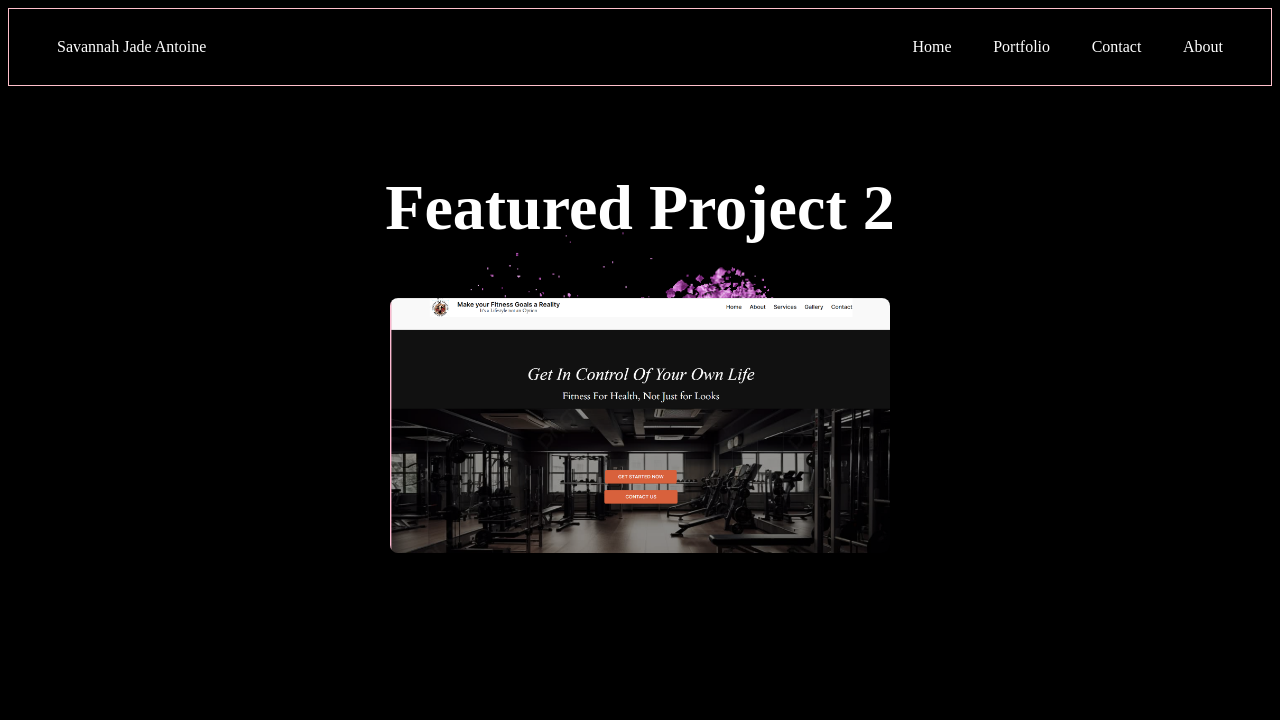
Repository: Savannah-Antoine/Savannah-Antoine
Page: pages/project-name-2.html
The author's editor kept a copy of each file at every save. The page is drawn from the files as they stood at one save, then again after the next save.
The browser window is 1280 px wide. The pictures show the whole page.

Above is the page before, as saved 2026-05-15 15:53:57.

After the next save:
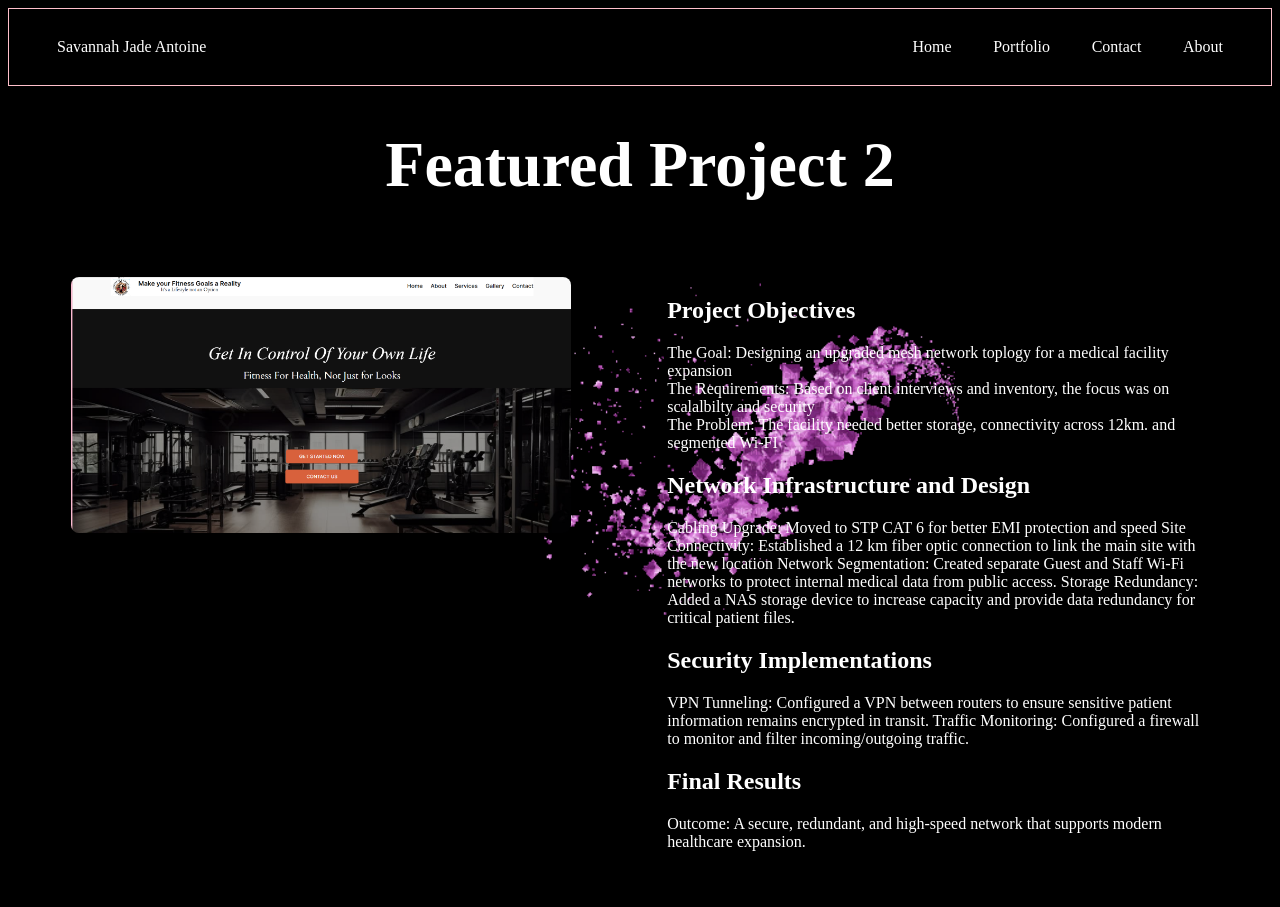
Saved 3 min 24 s later.
--- a/pages/project-name-2.html
+++ b/pages/project-name-2.html
@@ -9,26 +9,59 @@
 </head>
 <body>
 <header>
-    <nav>
+<nav>
         <ul class = "navigation">
   <li><a href="../index.html">Home</a></li>
   <li><a href="../pages/portfolioPage.html">Portfolio</a></li>
   <li><a href="../pages/contact.html">Contact</a></li>
   <li><a href="../pages/about.asp">About</a></li>
-</ul>
+        </ul>
+
         <ul class = "homeButton">
            <li><a   href = "../index.html">Savannah Jade Antoine</a></li>
         </ul>
 </nav>
+    <h1>Featured Project 2</h1>
 </header>
 <main class = "container">
 
-<section >
-<h1>Featured Project 2</h1>
+
+<div class = "project-visuals">
 <img src = "../assets/images/Project2.png" alt = "First Portfolio placeholder image" />
+</div>
+<div class = "project-details">
+<section>
+<h2>Project Objectives</h2>
+    <p>
+        The Goal: Designing an upgraded mesh network toplogy for a medical facility expansion<br>
+        The Requirements: Based on client interviews and inventory, the focus was on scalalbilty and security<br>
+        The Problem: The facility needed better storage, connectivity across 12km. and segmented Wi-FI
+    </p>
+<h2>Network Infrastructure and Design</h2>
+<p>
+    Cabling Upgrade: Moved to STP CAT 6 for better EMI protection and speed
+    Site Connectivity: Established a 12 km fiber optic connection to link the main site with the new location
+    Network Segmentation: Created separate Guest and Staff Wi-Fi networks to protect internal medical data from public access.
+     Storage Redundancy: Added a NAS storage device to increase capacity and provide data redundancy for critical patient files.
+</p>
 
 
+<h2>Security Implementations</h2>
+<p>
+VPN Tunneling: Configured a VPN between routers to ensure sensitive patient information remains encrypted in transit.
+
+Traffic Monitoring: Configured a firewall to monitor and filter incoming/outgoing traffic.
+
+</p>
+
+
+<h2>Final Results</h2>
+
+<p>
+    Outcome: A secure, redundant, and high-speed network that supports modern healthcare expansion.
+</p>
 </section>
+</div>
 
 
 
